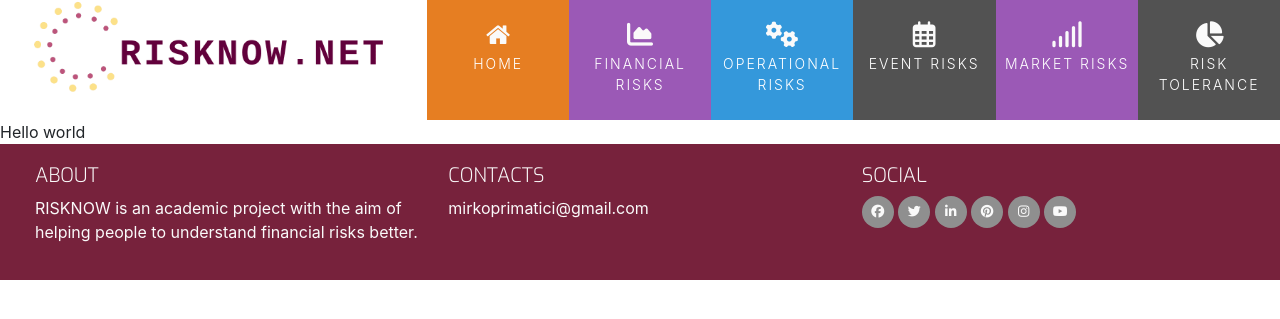
Repository: mirkoprimaticix/risknow.net
Page: index.html
The author's editor kept a record of every edit. The page is drawn from the files as they stood at one moment, then again after the next edit.
The browser window is 1280 px wide. The pictures show the whole page.
Some web libraries are served in a nearby version.

Above is the page before.
Console error: TypeError: Cannot read properties of undefined (reading 'fn')

### index.html
<!DOCTYPE html>
<html lang="en">
<head>
    <meta charset="UTF-8">
    <meta name="viewport" content="width=device-width, initial-scale=1.0">
    <meta http-equiv="X-UA-Compatible" content="ie=edge">
    <link rel="stylesheet" href="https://stackpath.bootstrapcdn.com/bootstrap/4.3.1/css/bootstrap.min.css" integrity="sha384-ggOyR0iXCbMQv3Xipma34MD+dH/1fQ784/j6cY/iJTQUOhcWr7x9JvoRxT2MZw1T" crossorigin="anonymous">
    <script src="https://stackpath.bootstrapcdn.com/bootstrap/4.3.1/js/bootstrap.min.js" integrity="sha384-JjSmVgyd0p3pXB1rRibZUAYoIIy6OrQ6VrjIEaFf/nJGzIxFDsf4x0xIM+B07jRM" crossorigin="anonymous"></script>
    <link rel="stylesheet" href="https://cdnjs.cloudflare.com/ajax/libs/hover.css/2.1.1/css/hover-min.css" type="text/css" />
    <link rel="stylesheet" href="assets/css/style.css" type="text/css" />
    <script src="https://kit.fontawesome.com/079103ba7f.js"></script>
    <link rel="stylesheet" href="https://stackpath.bootstrapcdn.com/font-awesome/4.7.0/css/font-awesome.min.css" type="text/css" />

    <title>RISKNOW</title>
</head>
<body>
    <header>
        <div class = "row no-gutters">
            <a href="index.html" class = "col-md-4 logo">

            </a>
            <div class="col-md-8">
                <div class="row no-gutters">
                    <div class="col">
                        <ul id="nav" class="list-inline menucontainer">
                            <li class="col-6 col-sm-2 list-inline-item ui-menu-color-home menuitem">
                                <a href="index.html" class="hvr-sweep-to-bottom"><i class="fa fa-home" aria-hidden="true"></i><span>Home</span></a>
                            </li>
                            <li class="col-6 col-sm-2 list-inline-item ui-menu-color-fr menuitem">
                                <a href="resume.html" class="hvr-sweep-to-bottom"><i class="fas fa-chart-area" aria-hidden="true"></i><span>Financial Risks</span></a>
                            </li>
                            <li class="col-6 col-sm-2 list-inline-item ui-menu-color-or menuitem">
                                <a href="contact.html" class="hvr-sweep-to-bottom"><i class="fas fa-cogs" aria-hidden="true"></i><span>Operational Risks</span></a>
                            </li>
                            <li class="col-6 col-sm-2 list-inline-item ui-menu-color-er menuitem">
                                <a href="assets/cv/cv-mirko.pdf" target="_blank" class="hvr-sweep-to-bottom"><i class="far fa-calendar-alt" aria-hidden="true"></i><span>Event Risks</span></a>
                            </li>
                            <li class="col-6 col-sm-2 list-inline-item ui-menu-color-mr menuitem">
                                <a href="contact.html" class="hvr-sweep-to-bottom"><i class="fas fa-signal" aria-hidden="true"></i><span>Market Risks</span></a>
                            </li>
                            <li class="col-6 col-sm-2 list-inline-item ui-menu-color-rt menuitem">
                                <a href="contact.html" class="hvr-sweep-to-bottom"><i class="fas fa-chart-pie" aria-hidden="true"></i><span>Risk Tolerance</span></a>
                            </li>
                        </ul>
                    </div>
                </div>
            </div>
        </div>
    </header>

    <section>
        Hello world
    </section>



    <footer class="container-fluid">
        <div id="footer-details" class="row">
            <div class="col-sm-4">
                <h5 class="uppercase general-sub">About</h5>
                <p class="inline-block">
                    RISKNOW is an academic project with the aim of helping people to understand financial risks better.
                </p>
            </div>
            <div class="col-sm-4">
                <h5 class="uppercase general-sub">Contacts</h5>
                <p class="inline-block">
                    mirkoprimatici@gmail.com
                </p>
            </div>
            <div class="col-sm-4">
                <h5 class="uppercase general-sub">Social</h5>
                <ul class="list-inline social-links">
                    <li class="list-inline-item">
                        <a target="_blank" href="#">
                            <i class="fa fa-facebook" aria-hidden="true"></i>
                            <span class="sr-only">Facebook</span>
                        </a>
                    </li>
                    <li class="list-inline-item">
                        <a target="_blank" href="#">
                            <i class="fa fa-twitter" aria-hidden="true"></i>
                            <span class="sr-only">Twitter</span>
                        </a>
                    </li>
                    <li class="list-inline-item">
                        <a target="_blank" href="#">
                            <i class="fa fa-linkedin" aria-hidden="true"></i>
                            <span class="sr-only">LinkedIn</span>
                        </a>
                    </li>
                    <li class="list-inline-item">
                        <a target="_blank" href="#">
                            <i class="fa fa-pinterest" aria-hidden="true"></i>
                            <span class="sr-only">Pinterest</span>
                        </a>
                    </li>
                    <li class="list-inline-item">
                        <a target="_blank" href="#">
                            <i class="fa fa-instagram" aria-hidden="true"></i>
                            <span class="sr-only">Instagram</span>
                        </a>
                    </li>
                    <li class="list-inline-item">
                        <a target="_blank" href="#">
                            <i class="fa fa-youtube" aria-hidden="true"></i>
                            <span class="sr-only">YouTube</span>
                        </a>
                    </li>
                </ul>
            </div>
        </div>
    </footer>
</body>
</html>

### assets/css/style.css
@import url('https://fonts.googleapis.com/css?family=Roboto:100,200,300,400,500,600,700|Exo:100,200,300,400,500,600,700');

/*--------------------------------------------Colors*/

.bg-color-name-title {
    background-color: #676767;
}

.bg-color-three-reasons {
    background-color: #fff;
}

.bg-color-personal-info {
    background-color: #f4f4f4;
}

.bg-color-work-history {
    background-color: #9b59b6;
}

.bg-color-contact {
    background-color: #fff;
}

.ui-menu-color-home {
    background-color: #e67e22;
}

.ui-menu-color-fr {
    background-color: #9b59b6;
}

.ui-menu-color-or {
    background-color: #3498db;
}

.ui-menu-color-er {
    background-color: #525252;
}

.ui-menu-color-mr {
    background-color: #9b59b6;
}

.ui-menu-color-rt {
    background-color: #525252;
}

.row-table {
    display: table;
}

.section-column {
    display: table-cell;
    padding: 0 30px 30px;
    float: none;
}

.section-heading {
    font-family: "Exo", sans-serif;
    font-weight: 300;
    margin-top: 25px;
    margin-bottom: 40px;
}

/* ----------------------------------------Special paddings/margins/text */

h1,
h2,
h3,
h4 {
    margin: 0;
}

.uppercase {
    text-transform: uppercase;
}

.general-sub {
    font-family: "Exo", sans-serif;
    font-weight: 300;
    color: #fafafa;
}

.inline-block {
    display: inline-block;
}

.row-table {
    display: table;
}

.section-column {
    display: table-cell;
    padding: 0 30px 30px;
    float: none;
}

.history-heading,
.section-heading {
    font-family: "Exo", sans-serif;
    font-weight: 300;
    margin-top: 25px;
    margin-bottom: 40px;
}

/*--------------------------------------------Heading*/

header {
    margin: 0;
}

.heading {
    margin-left: 50px;
}


.logo {
    background: url("../images/logo.png");
    background-position: center;
    background-repeat: no-repeat;
    background-size: cover;
    min-height: 120px;
    transition: all .5s ease-in-out;
    -moz-transition: all .5s ease-in-out;
    -webkit-transition: all .5s ease-in-out;
}

.name {
    font-family: "Exo", sans-serif;
    font-weight: 100;
    font-size: 46px;
    margin-top: 50px;
    color: #fff;
}

.title {
    font-family: "Roboto", sans-serif;
    font-weight: 200;
    font-size: 28px;
    margin-top: 20px;
    margin-bottom: 90px;
    color: #fff;
}

.list-inline-item:not(:last-child) {
    margin: 0;
}

.menucontainer {
    font-size: 0;
}

#nav li {
    font-size: 14px;
    padding: 0;
}

#nav {
    margin: 0;
}

.menuitem {
    height: 120px;
    text-align: center;
    padding: 0;
}

.menuitem a {
    width: 100%;
    text-decoration: none;
    color: #fff;
    height: 120px;
}

.menuitem a i {
    padding-top: 22px;
    display: block;
    color: #fafafa;
    font-size: 26px;
}

.menuitem span {
    display: block;
    width: 100%;
    padding-top: 5px;
    text-align: center;
    text-transform: uppercase;
    font-size: 14px;
    font-weight: 300;
    letter-spacing: 2px;
}

/*--------------------------------------------Hover.css*/

.hvr-sweep-to-bottom:before {
    background: rgba(0, 0, 0, 0.2);
    height: 120px;
}

/* ----------------------------------------Footer */

footer {
    background-color: #77223C;
    color: #fafafa;
    min-height: 120px;
    margin: 0;
}

.social-links {
    padding-bottom: 15px;
}

.social-links li a i {
    width: 32px;
    height: 32px;
    padding: 12px 0;
    border-radius: 50%;
    font-size: 13px;
    line-height: 7px;
    text-align: center;
    color: #fafafa;
    background: #8f8f8f;
    transition: all 0.35s ease-in-out;
    -moz-transition: all 0.35s ease-in-out;
    -webkit-transition: all 0.35s ease-in-out;
    -o-transition: all 0.35s ease-in-out;
}

.social-links li a i:hover {
    background: #A4FFFA;
}

#footer-details {
    padding: 20px;
}

/* ----------------------------------------Three Reasons */

.three-reasons-icon {
    font-size: 26px;
    color: #e67e22;
}

.three-reasons-heading {
    margin-bottom: 15px;
}

/* ----------------------------------------Personal Info */

.personal-info-item {
    margin-bottom: 20px;
    display: block;
    clear: both;
}

.personal-info-item .key,
.personal-info-item .value {
    padding-right: 8px;
    display: inline-block;
}

.personal-info-item .key p,
.personal-info-item .value p {
    margin: 0;
}

.personal-info-item .key {
    width: 30%;
    margin-right: 21px;
    padding-top: 2px;
    vertical-align: top;
}

.personal-info-item .key p {
    font-weight: 700;
}

.personal-info-item .value {
    position: relative;
    width: 60%;
}

/* ----------------------------------------Skills */

.progress {
    position: relative;
    height: 25px;
    margin-bottom: 4px;
}

.progress-type {
    position: absolute;
    left: 0px;
    font-weight: 400;
    padding: 3px 30px 2px 10px;
    color: #fafafa;
    background-color: rgba(25, 25, 25, 0.2);
}

.progress-section {
    margin: 40px 20px;
}

/* ----------------------------------------Work History */

.history-heading {
    color: #fafafa;
    margin-bottom: 50px;
}

.timeline-item {
    padding: 4em 2em 0em 2em;
    position: relative;
    color: #fafafa;
    border-left: 1px solid;
}

.timeline-item p {
    padding: 0;
    margin: 0;
}

.timeline-item:before {
    content: attr(data-dates);
    position: absolute;
    left: 2.5em;
    top: 3em;
    display: block;
    font-family: "Exo", sans-serif;
    font-weight: 500;
    font-size: 0.8em;
    padding: 0;
    margin: 0;
}

.timeline-item:after {
    width: 12px;
    height: 12px;
    display: block;
    top: 2.4em;
    position: absolute;
    left: -6px;
    border-radius: 12px;
    content: '';
    background: #fafafa;
}

.history-items {
    margin-bottom: 30px;
}

/* ----------------------------------------Contact Form */

.contact-heading {
    font-family: "Exo", sans-serif;
    font-weight: 300;
    margin-top: 25px;
    margin-bottom: 20px;
}

.center-form {
    padding-top: 10px;
    margin: 0 auto;
    max-width: 70%;
}

button[type="submit"] {
    margin-top: 15px;
    margin-bottom: 20px;
    color: #fafafa;
    background-color: #e84610;
}

/* ----------------------------------------Media Queries */

@media(min-width: 992px) {
    .center-form {
        padding-top: 30px;
        min-height: 240px;
        margin: 0 auto;
        max-width: 50%;
    }
}

After the next edit:
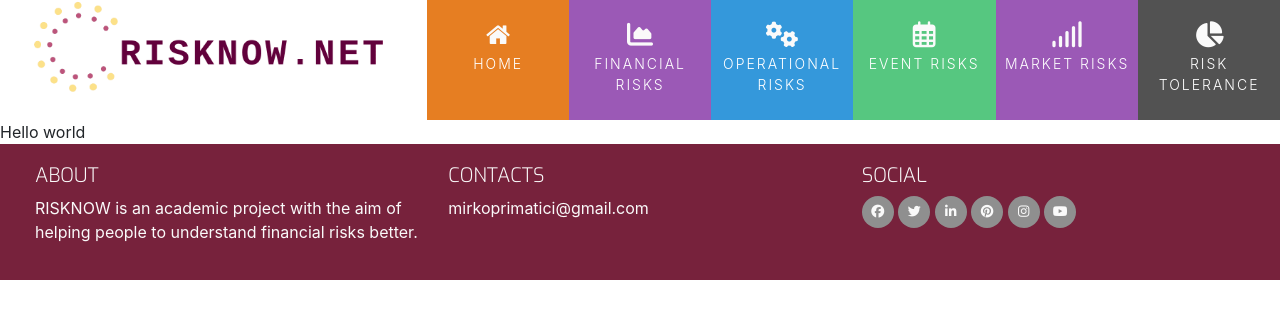
The edit:
--- a/assets/css/style.css
+++ b/assets/css/style.css
@@ -35,7 +35,7 @@
 }
 
 .ui-menu-color-er {
-    background-color: #525252;
+    background-color: #56C780;
 }
 
 .ui-menu-color-mr {
